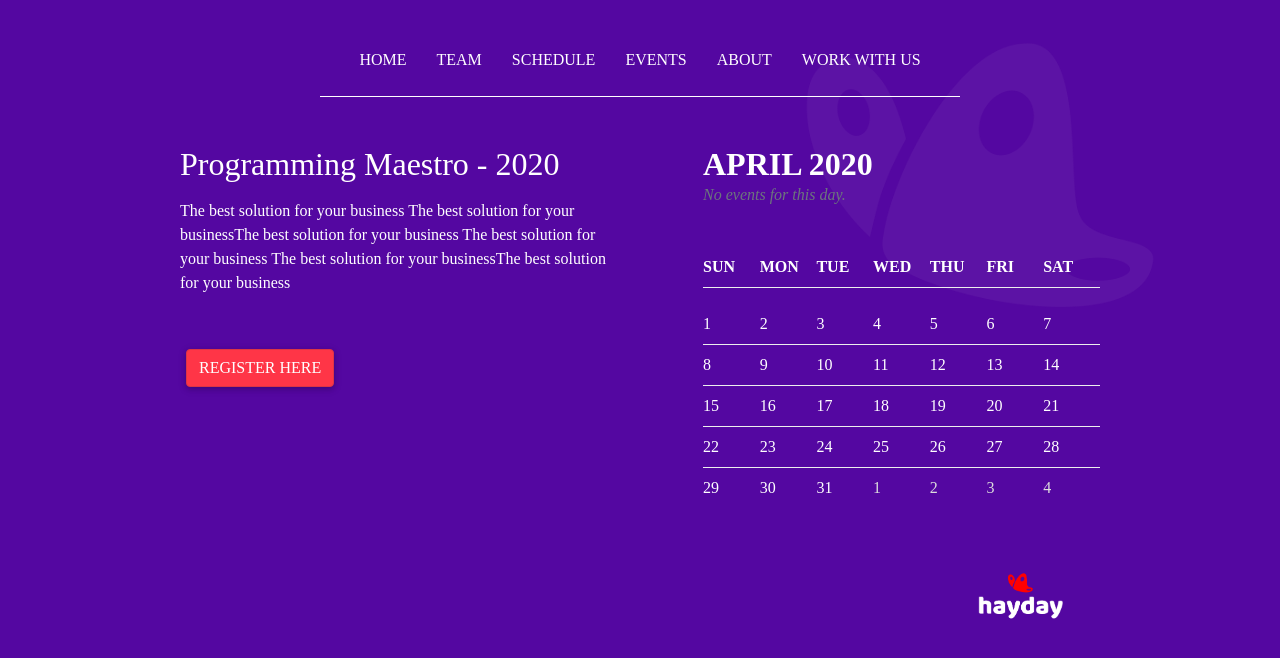
Repository: im1971/company-web
Page: event.html
The author's editor kept a copy of each file at every save. The page is drawn from the files as they stood at one save, then again after the next save.
The browser window is 1280 px wide. The pictures show the whole page.
Some web fonts or font styles are not loaded; a fallback is used.

Above is the page before, as saved 2020-01-28 14:48:32.

After the next save:
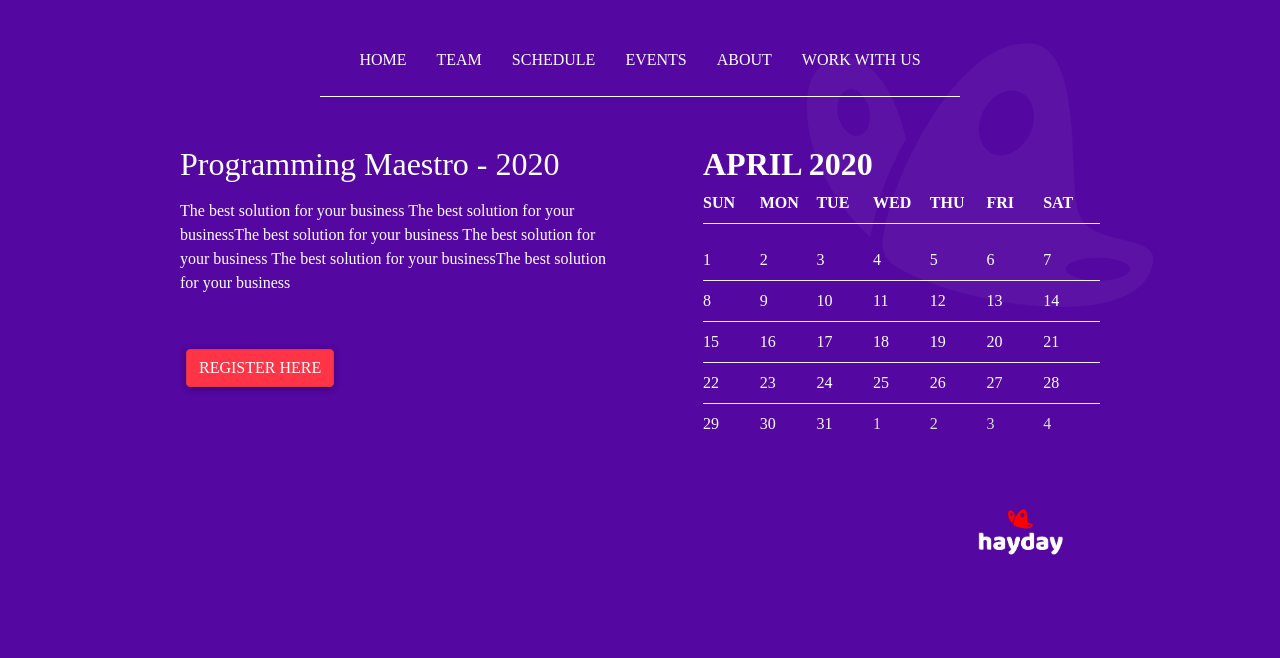
Saved 24 s later.
--- a/event.html
+++ b/event.html
@@ -71,10 +71,10 @@
                             <!-- <div class="container py-5"> -->
                             <!-- Calendar -->
                             <div class="calendar pl-5">
-                                <div class="d-flex align-items-center">
+                                <div class="d-flex align-items-center pb-2">
                                     <h2 class="month font-weight-bold mb-0 text-uppercase">April 2020</h2>
                                 </div>
-                                <p class="font-italic text-muted mb-5">No events for this day.</p>
+                                <!-- <p class="font-italic text-muted mb-5">No events for this day.</p> -->
                                 <ol class="day-names list-unstyled">
                                     <li class="font-weight-bold text-uppercase">Sun</li>
                                     <li class="font-weight-bold text-uppercase">Mon</li>
